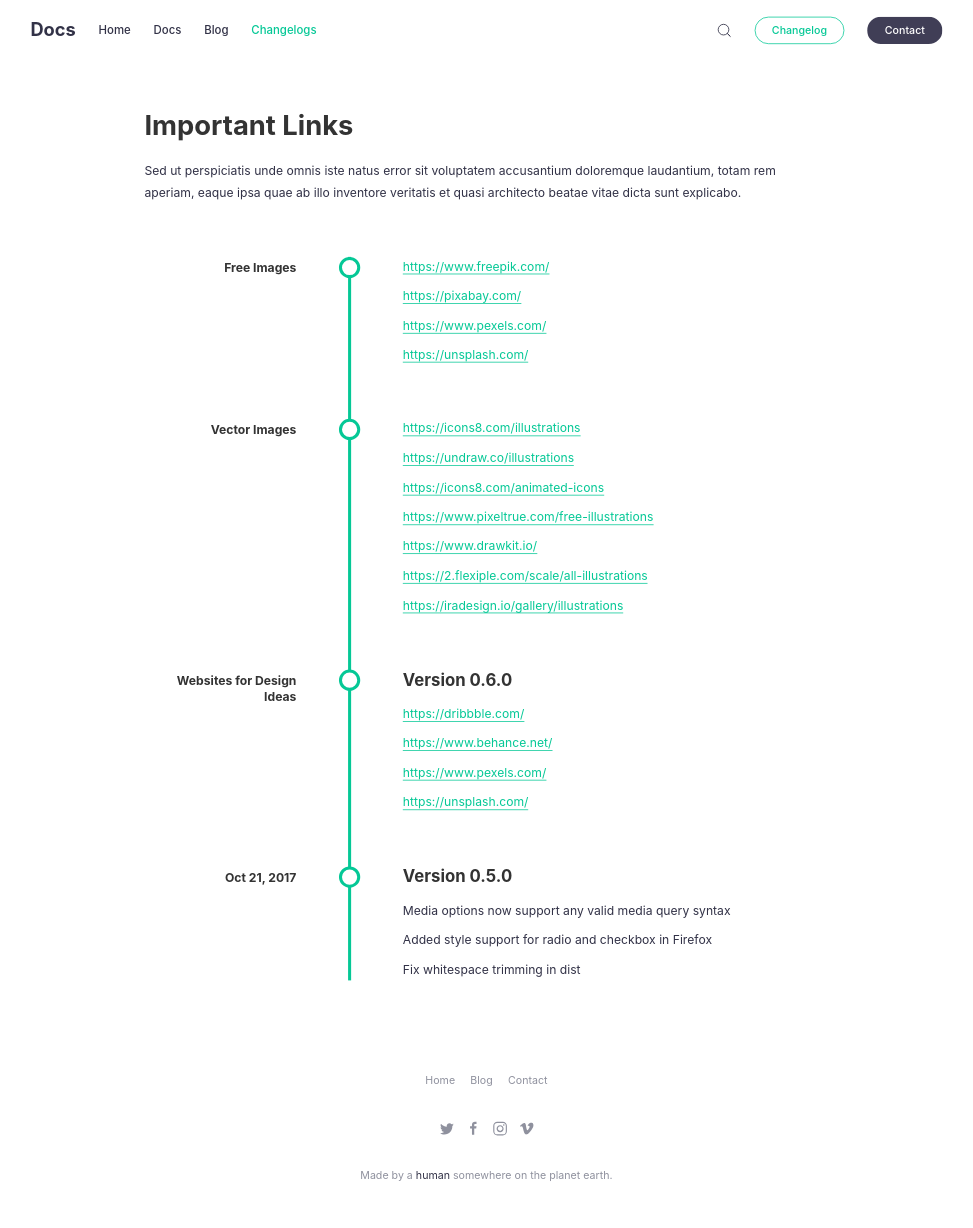
Repository: suchi9909/webdoc
Page: useful-links.html
An editor plug-in stored every save of this project. The page is shown before and after a run of saves, followed by the edit.
The browser window is 1280 px wide. The pictures show the whole page, at 76% of full size.

Above is the page before, as saved 2021-02-19 09:22:10.

After the next 2 saves:
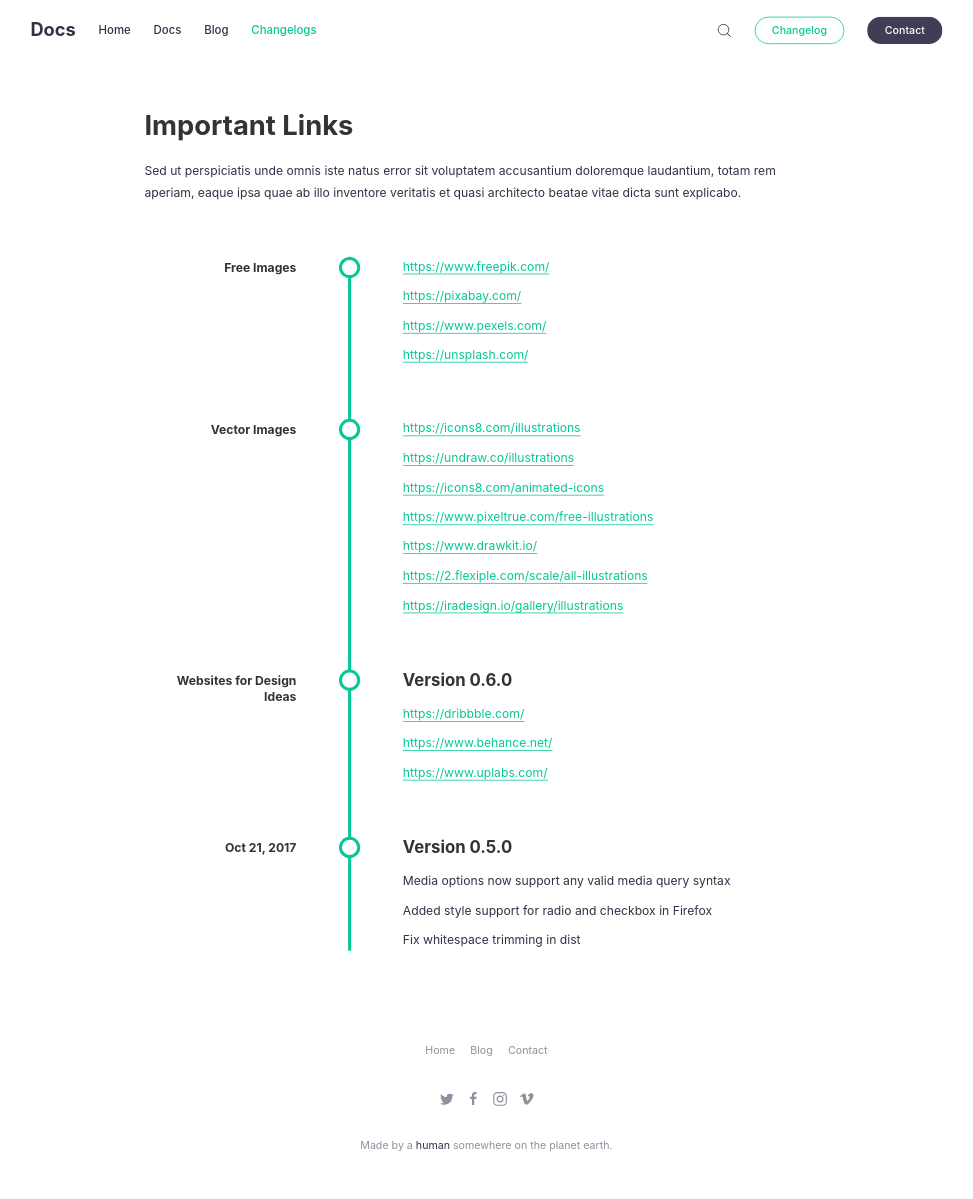
The 2 saves are shown as one change because they came seconds apart.
The last was saved 11 s later.
--- a/useful-links.html
+++ b/useful-links.html
@@ -117,8 +117,7 @@
               <ul class="uk-list">
                 <li><a href="https://dribbble.com/">https://dribbble.com/</a></li>
                 <li><a href="https://www.behance.net/">https://www.behance.net/</a></li>
-                <li><a href="https://www.pexels.com/">https://www.pexels.com/</a></li>
-                <li><a href="https://unsplash.com/">https://unsplash.com/</a></li>
+                <li><a href="https://www.uplabs.com/">https://www.uplabs.com/</a></li>
               </ul>
             </div>
           </div>
